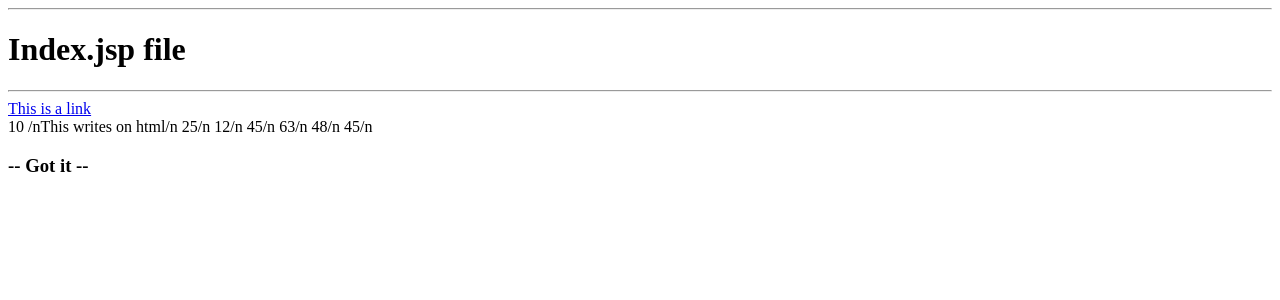
Repository: suraj-repositories/java-practice-2-advance-java-1
Page: http://localhost/Ad_09_JSPuse/
The author's editor kept a copy of each file at every save. The page is drawn from the files as they stood at one save, then again after the next save.
The browser window is 1280 px wide. The pictures show the whole page.
The page is served by Tomcat 9. Other server files are loaded and not shown.

Above is the page before, as saved 2023-07-21 13:34:18.

### Ad_09_JSPuse/src/main/webapp/index.jsp
<%@ page language="java" contentType="text/html; charset=ISO-8859-1"
    pageEncoding="ISO-8859-1"%>
<!DOCTYPE html>
<html>
<head>
<meta charset="ISO-8859-1">
<title>Insert title here</title>
</head>
<body>
<hr>
<h1>Index.jsp file</h1>
<hr>
<a href="link">This is a link</a>
<br>

<!-- DECLARATION -->
<%!		// in instance level(class level)
	public int sayHello(int number){		// we can use this method anywhere in program because it is in class level
	 	return number*2;
	}

%>
<%= sayHello(5) %>


<!-- SCTIPT LIT -->
<%	// you can write java & html both in jsp file (inside method(method level))



	System.out.println("hello world");
	int i=90;
	int j=89;
	System.out.println("sum = " +(i+j));


	out.write("/nThis writes on html/n");
%>

<%
	int arr[] = new int[]{25,12,45,63,48,45};

	for(int index : arr){%>
		<%= index + "/n"%> 		<!--  initialize -->
	<%}


%>

<h3> -- Got it --</h3>
</body>
</html>

After the next save:
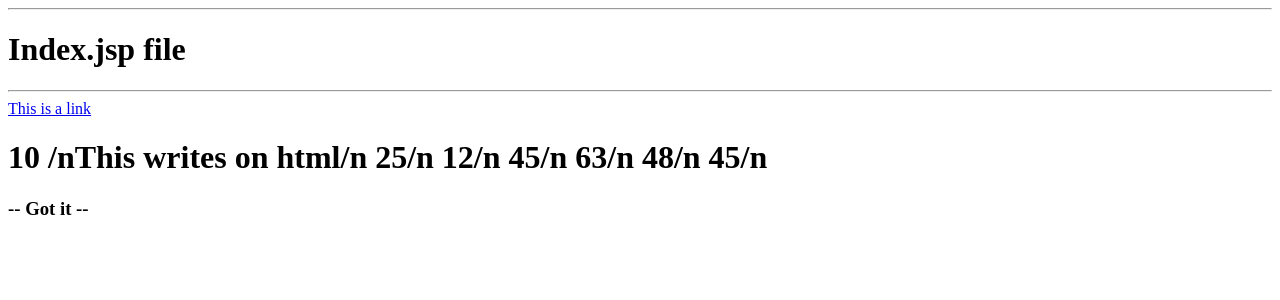
Saved 79 s later.
--- a/Ad_09_JSPuse/src/main/webapp/index.jsp
+++ b/Ad_09_JSPuse/src/main/webapp/index.jsp
@@ -13,6 +13,7 @@
 <a href="link">This is a link</a>
 <br>
 
+<h1>
 <!-- DECLARATION -->
 <%!		// in instance level(class level)
 	public int sayHello(int number){		// we can use this method anywhere in program because it is in class level
@@ -47,6 +48,8 @@
 
 %>
 
+</h1>
+
 <h3> -- Got it --</h3>
 </body>
 </html>

After the save that followed:
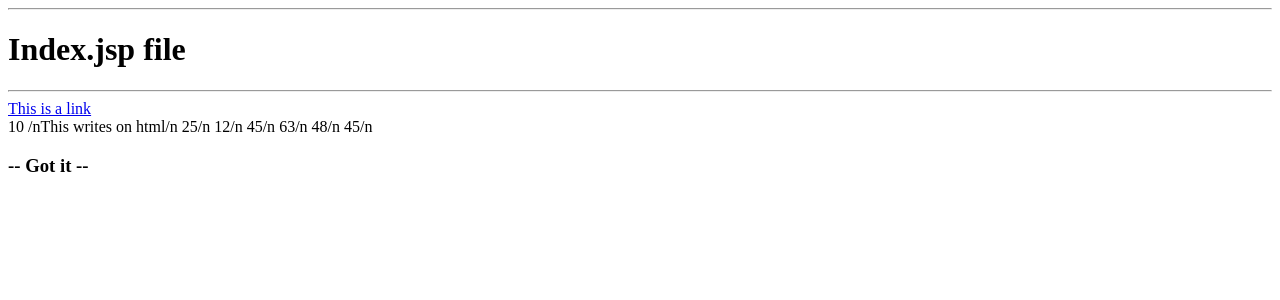
Saved 40 s later.
--- a/Ad_09_JSPuse/src/main/webapp/index.jsp
+++ b/Ad_09_JSPuse/src/main/webapp/index.jsp
@@ -13,7 +13,7 @@
 <a href="link">This is a link</a>
 <br>
 
-<h1>
+<div>
 <!-- DECLARATION -->
 <%!		// in instance level(class level)
 	public int sayHello(int number){		// we can use this method anywhere in program because it is in class level
@@ -48,7 +48,7 @@
 
 %>
 
-</h1>
+</div>
 
 <h3> -- Got it --</h3>
 </body>
